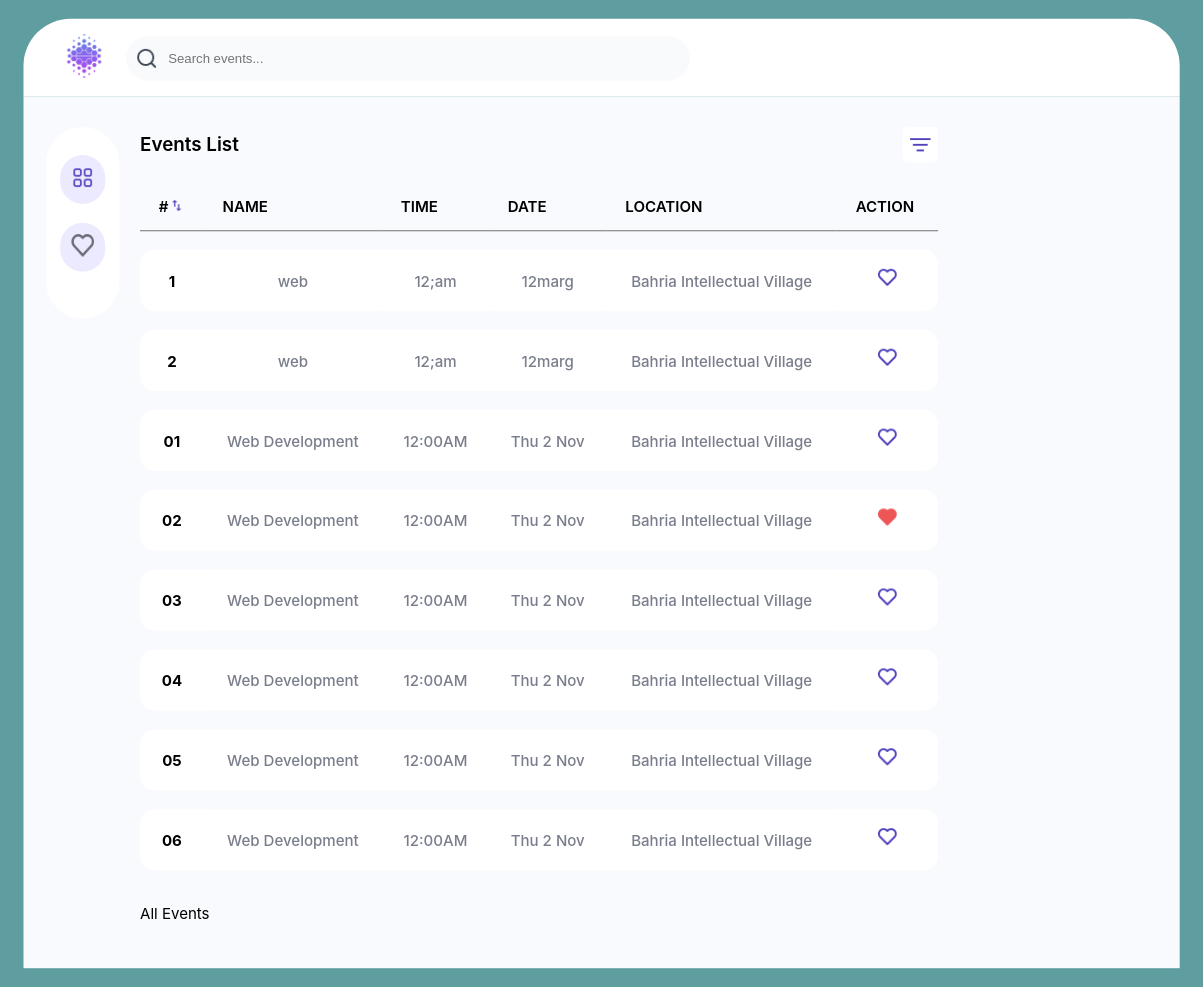
Repository: ahmadunitedsol710/react-dashboard
Page: /
These files come from the project's save history. The page is drawn as it stood at one moment and after a run of saves; the edit follows.
The browser window is 1280 px wide. The pictures show the whole page, at 94% of full size.
The project was rebuilt for these pictures with package versions that can differ from the ones it lists, and the page was loaded fresh each time.

Above is the page before, as saved 2024-07-30 11:30:05.

After the next 3 saves:
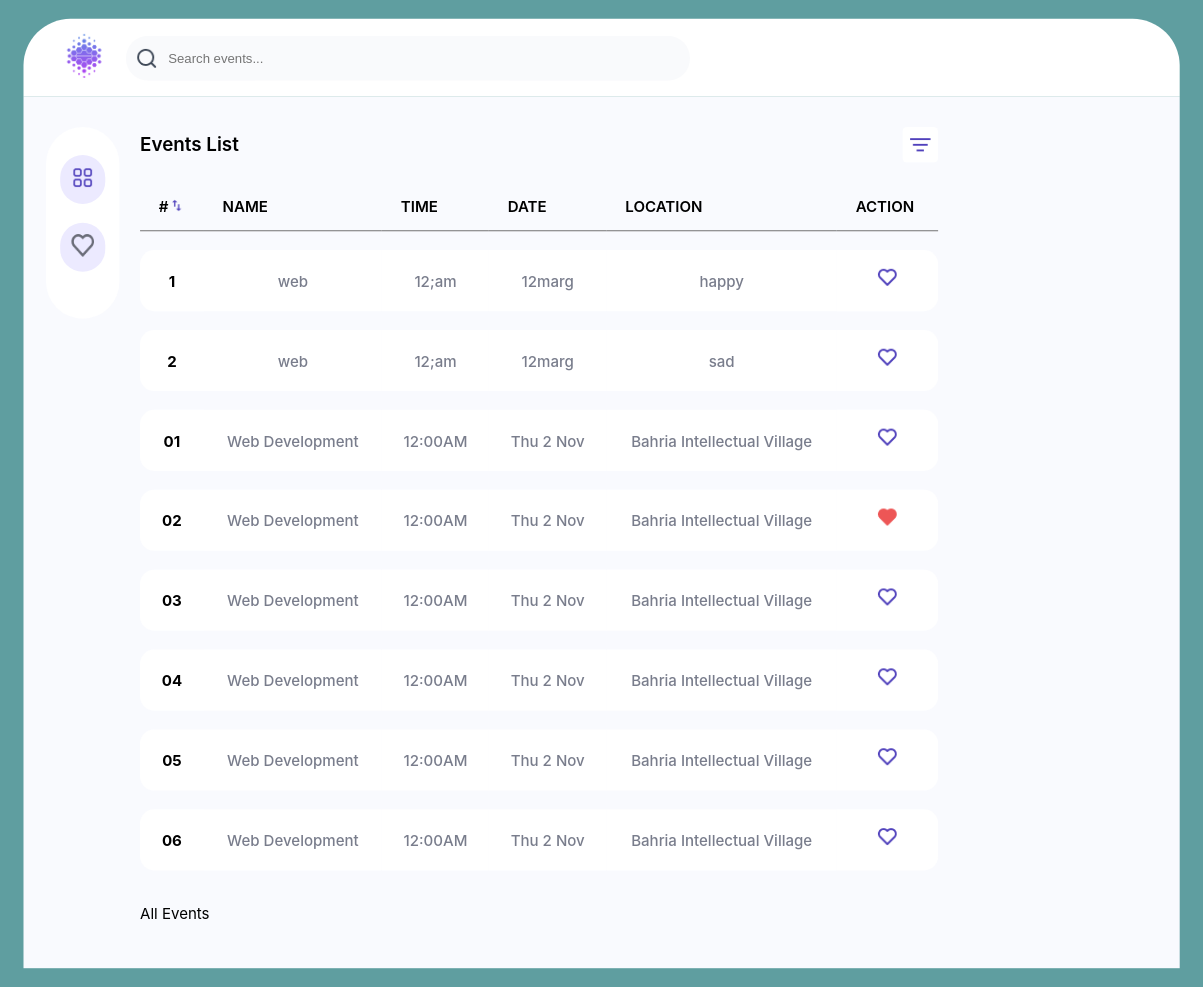
The 3 saves are shown as one change because they came seconds apart.
The last was saved 13 s later.
--- a/src/Components/Body/eventlist.js
+++ b/src/Components/Body/eventlist.js
@@ -37,7 +37,7 @@ const Eventlist = () => {
                                 <td className='details' data-label="name">{data.name}</td>
                                 <td className='details' data-label="time">{data.time}</td>
                                 <td className='details' data-label="date">{data.date}</td>
-                                <td className='details' data-label="location">Bahria Intellectual Village</td>
+                                <td className='details' data-label="location">{data.location}</td>
                                 <td className='details' data-label="location"> <img src={emptyfav} alt="emptyfav" /> </td>
                             </tr>
                             ))}
